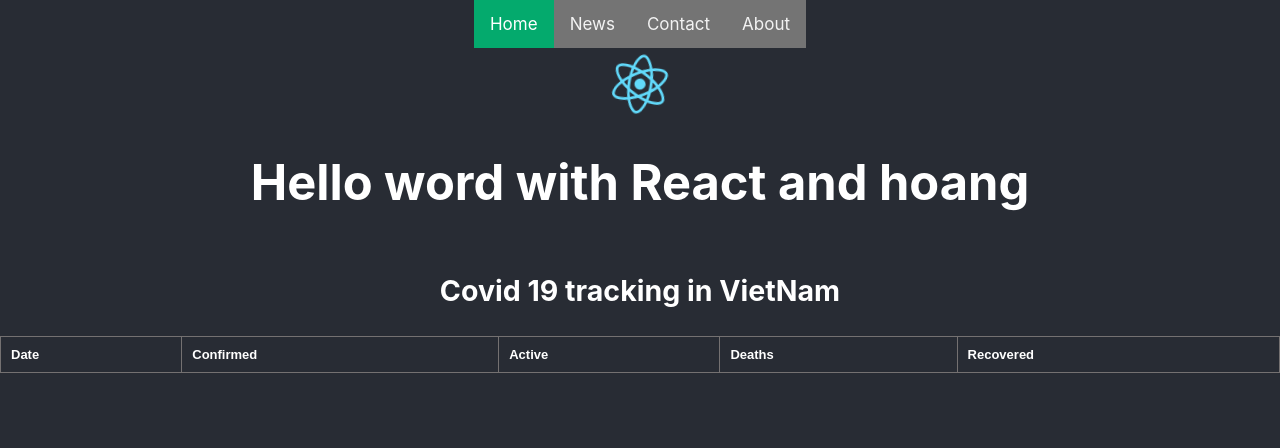
Repository: hoang0508/ReactJsHookBasic
Page: /
These files come from the project's save history. The page is drawn as it stood at one moment and after the next save; the edit follows.
The browser window is 1280 px wide. The pictures show the whole page.
The page's requests for data from a server got no answer. The project was rebuilt for these pictures with package versions that can differ from the ones it lists, and the page was loaded fresh each time. No one was signed in, and anything a server would have sent is missing. Also part of the build but not shown: src/views/Todo.js.

Above is the page before, as saved 2021-11-13 17:11:54.

After the next save:
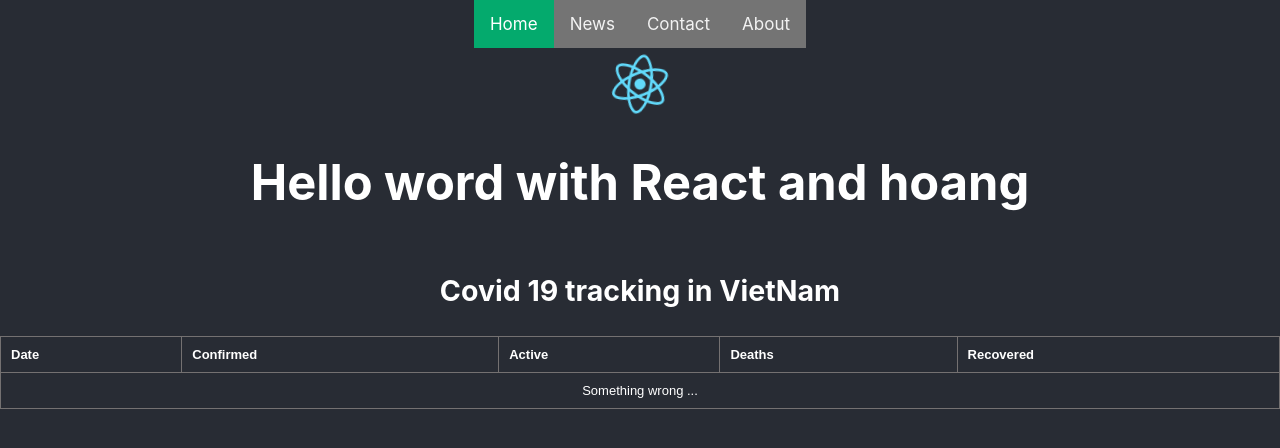
Saved 60 s later.
--- a/src/views/covid.js
+++ b/src/views/covid.js
@@ -21,9 +21,9 @@
       }
       setDataCovid(data);
       setIsLoading(false);
+      setIsError(false);
+    } catch (e) {
       setIsError(true);
-    } catch (e) {
-      setIsError(false);
       setIsLoading(false);
     }
   }, []);
